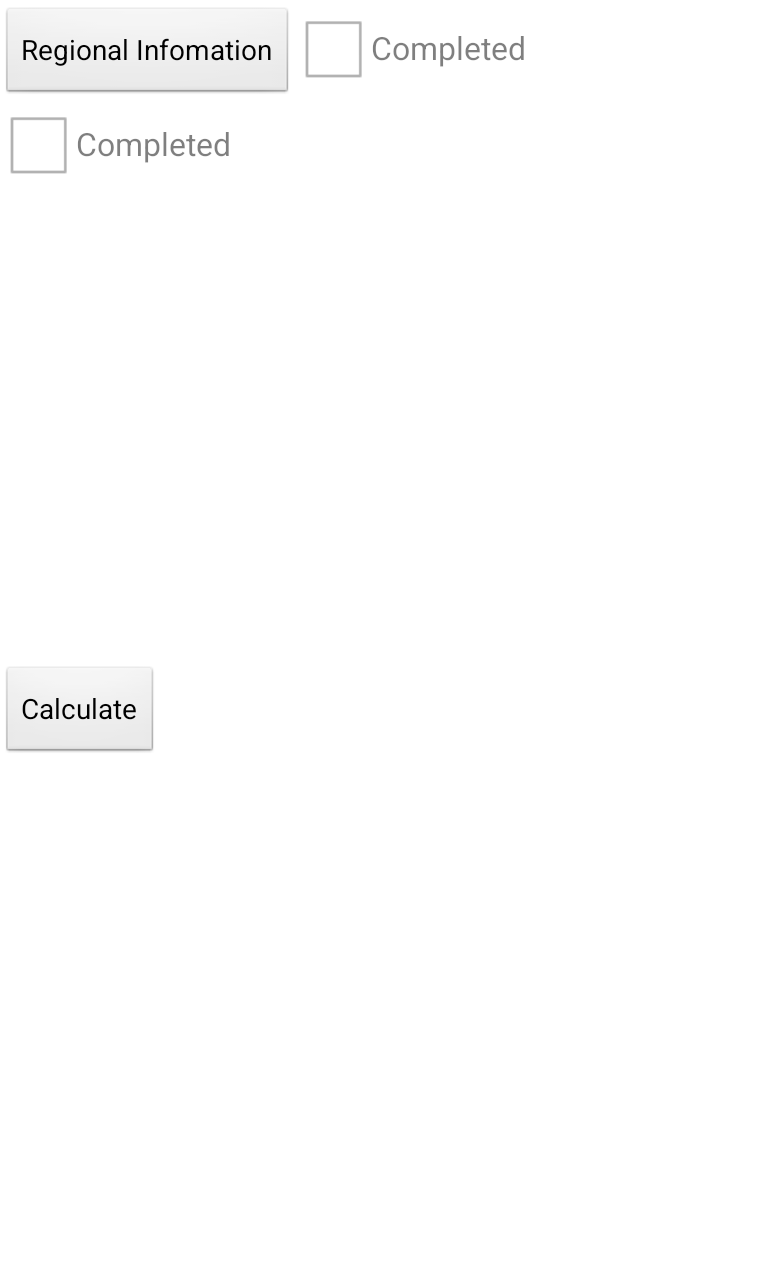
Repository: INBASD/Solar-Power-Project
Layout: Solar power calculator android/res/layout/menu.xml
These files come from the project's save history. The layout is drawn as it stood at one moment and after the next save; the edit follows.
It is drawn on a 768 x 1280 px phone screen (xhdpi) without system bars, with theme AppTheme; the app's code is not run.

Above is the layout before, as saved 2012-09-08 04:33:37.

After the next save:
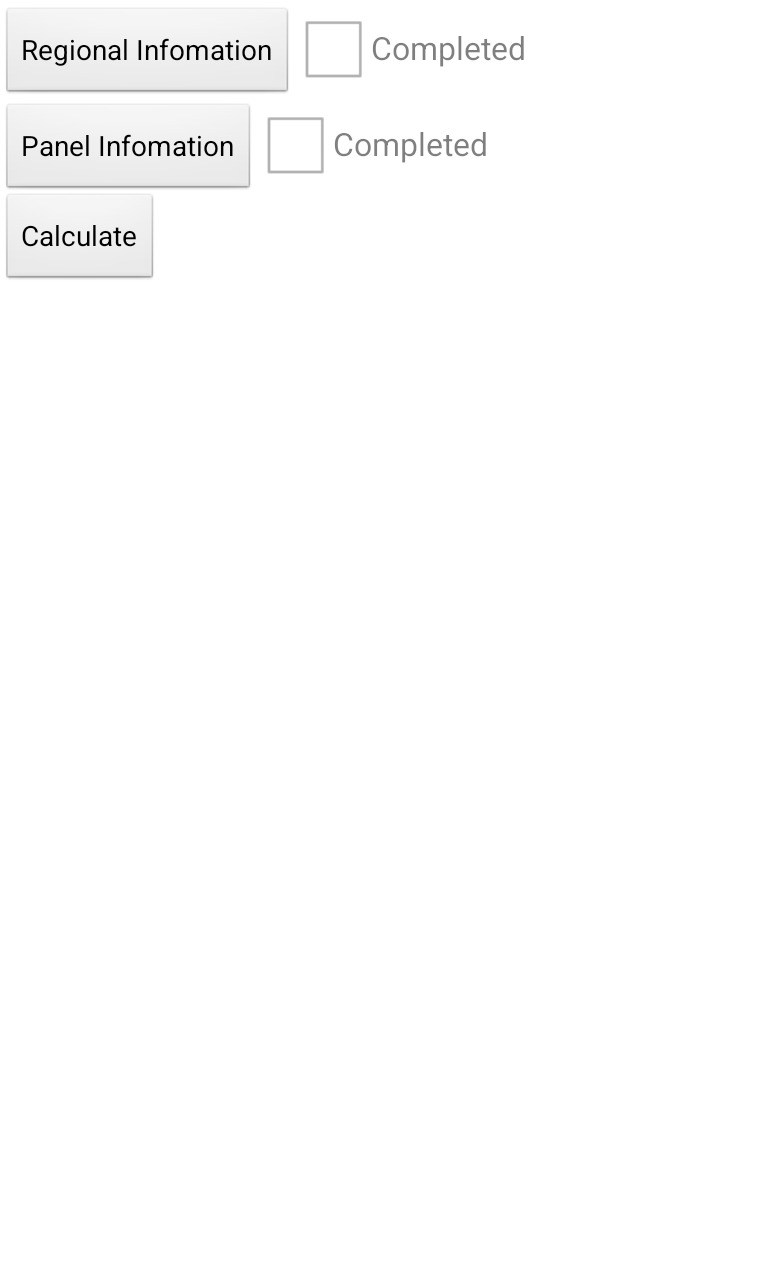
Saved 28 s later.
--- a/Solar power calculator android/res/layout/menu.xml
+++ b/Solar power calculator android/res/layout/menu.xml
@@ -29,7 +29,7 @@
 
         <Button
             android:id="@+id/button2"
-            android:layout_width="warp_content"
+            android:layout_width="wrap_content"
             android:layout_height="wrap_content"
             android:text="@string/pnlInfo" />
 
